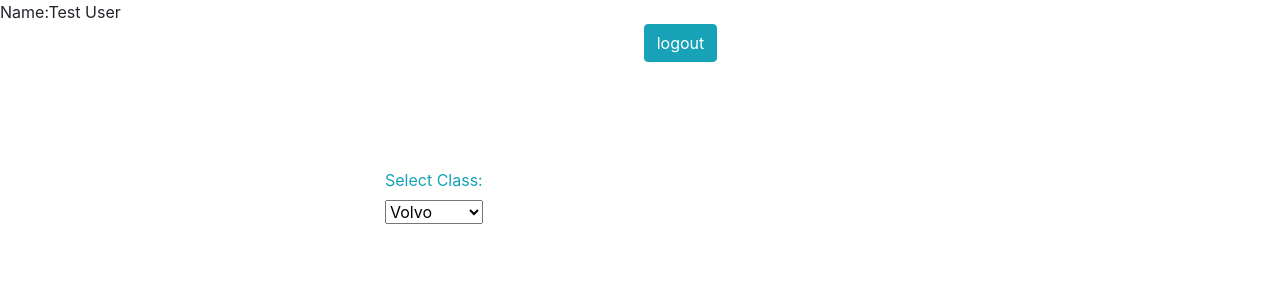
Repository: sindurup/Phase2Project
Page: http://localhost/LearnersAcademyPro/classInfo.jsp
An editor plug-in stored every save of this project. The page is shown before and after the next save, followed by the edit.
The browser window is 1280 px wide. The pictures show the whole page.
Some web libraries are served in a nearby version. The page is served by Tomcat 9. The session is filled in as if someone had signed in: {"uname": "Test User", "pw": 1}. Other server files are loaded and not shown.

Above is the page before, as saved 2021-09-27 12:36:48.
Console error: TypeError: Cannot read properties of undefined (reading 'fn')

### LearnersAcademyPro/src/main/webapp/classInfo.jsp
<%@ page language="java" contentType="text/html; charset=ISO-8859-1"
    pageEncoding="ISO-8859-1"%>
<!DOCTYPE html>
<html>
<link href="//maxcdn.bootstrapcdn.com/bootstrap/4.1.1/css/bootstrap.min.css" rel="stylesheet" id="bootstrap-css">
<script src="//maxcdn.bootstrapcdn.com/bootstrap/4.1.1/js/bootstrap.min.js"></script>
<script src="//cdnjs.cloudflare.com/ajax/libs/jquery/3.2.1/jquery.min.js"></script>
<head>
<meta charset="ISO-8859-1">
<title>Learners Academy</title>
</head>
<body>


<%
response.setHeader("Cache-Control","no-cache,no-store,must-revalidate");
HttpSession session1=request.getSession();
out.println("Name:"+session.getAttribute("uname"));

    if(session.getAttribute("uname")==null)
    {

    	 response.sendRedirect("Login.jsp");
    }
%>

   <div class="form-group" align="center" >
   <form id="logout" class="form" action="logout" method="post">

    &nbsp;&nbsp;&nbsp;&nbsp;&nbsp;&nbsp;&nbsp;&nbsp;&nbsp;&nbsp;&nbsp;&nbsp;&nbsp;&nbsp;&nbsp;&nbsp;&nbsp; <input type="submit" name="submit" class="btn btn-info btn-md" value="logout">
    </form>
                            </div>
    <div id="login">
        <h3 class="text-center text-white pt-5">Login form</h3>

        <div class="container">

            <div id="login-row" class="row justify-content-center align-items-center">
                <div id="login-column" class="col-md-6">
                    <div id="login-box" class="col-md-12">
                        <form id="login" class="form" action="login" method="post">

                            <div class="form-group">
                             <label for="username" class="text-info">Select Class:</label><br>
                               <select name="cars" id="cars">
  <option value="volvo">Volvo</option>
  <option value="saab">Saab</option>
  <option value="mercedes">Mercedes</option>
  <option value="audi">Audi</option>
</select>
                            <div class="form-group">

                            </div>


                        </form>
                    </div>
                </div>
            </div>
        </div>
    </div>
</body>
</html>

After the next save:
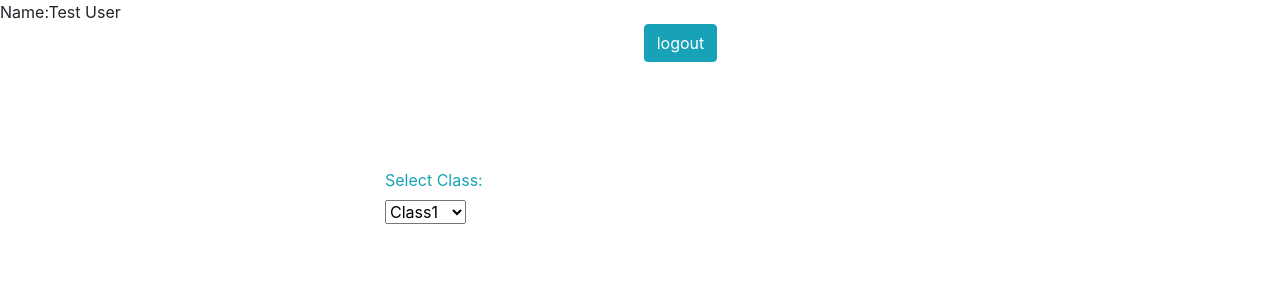
Saved 4 min 8 s later.
--- a/LearnersAcademyPro/src/main/webapp/classInfo.jsp
+++ b/LearnersAcademyPro/src/main/webapp/classInfo.jsp
@@ -41,13 +41,23 @@ out.println("Name:"+session.getAttribute("uname"));
                         <form id="login" class="form" action="login" method="post">
 
                             <div class="form-group">
+
                              <label for="username" class="text-info">Select Class:</label><br>
-                               <select name="cars" id="cars">
-  <option value="volvo">Volvo</option>
-  <option value="saab">Saab</option>
-  <option value="mercedes">Mercedes</option>
-  <option value="audi">Audi</option>
-</select>
+
+                                 <select name="Class" id="Class">
+								  <option value="Class1">Class1</option>
+								  <option value="Class2">Class2</option>
+								  <option value="Class3">Class3</option>
+								  <option value="Class4">Class4</option>
+								  <option value="Class5">Class5</option>
+								  <option value="Class6">Class6</option>
+								  <option value="Class7">Class7</option>
+								  <option value="Class8">Class8</option>
+								  <option value="Class9">Class9</option>
+								  <option value="Class10">Class10</option>
+
+
+								</select>
                             <div class="form-group">
 
                             </div>
